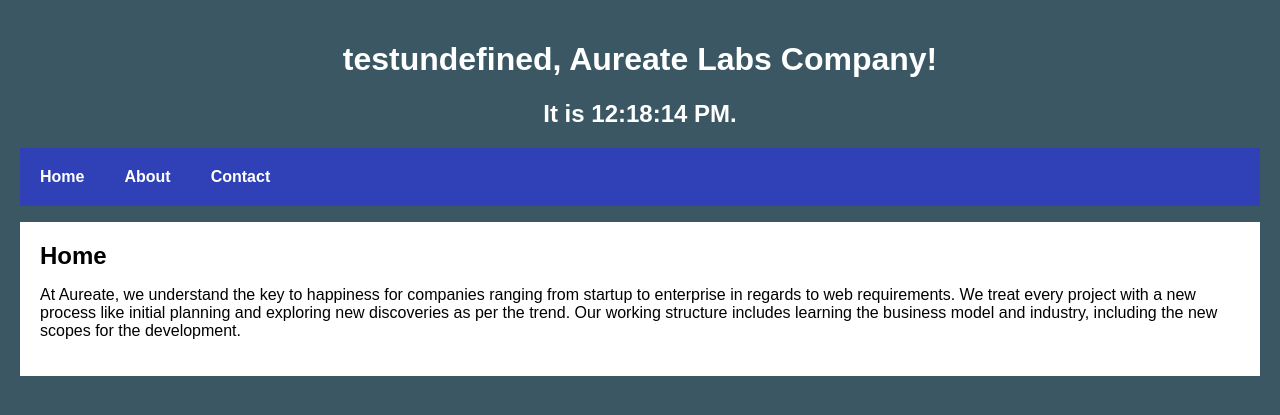
Repository: hardikaureate/React-Pages-Menu
Page: /
These files come from the project's save history. The page is drawn as it stood at one moment and after the next save; the edit follows.
The browser window is 1280 px wide. The pictures show the whole page.
The project was rebuilt for these pictures with package versions that can differ from the ones it lists, and the page was loaded fresh each time. Also part of the build but not shown: src/About.js, src/Contact.js.

Above is the page before, as saved 2020-10-09 15:16:57.

After the next save:
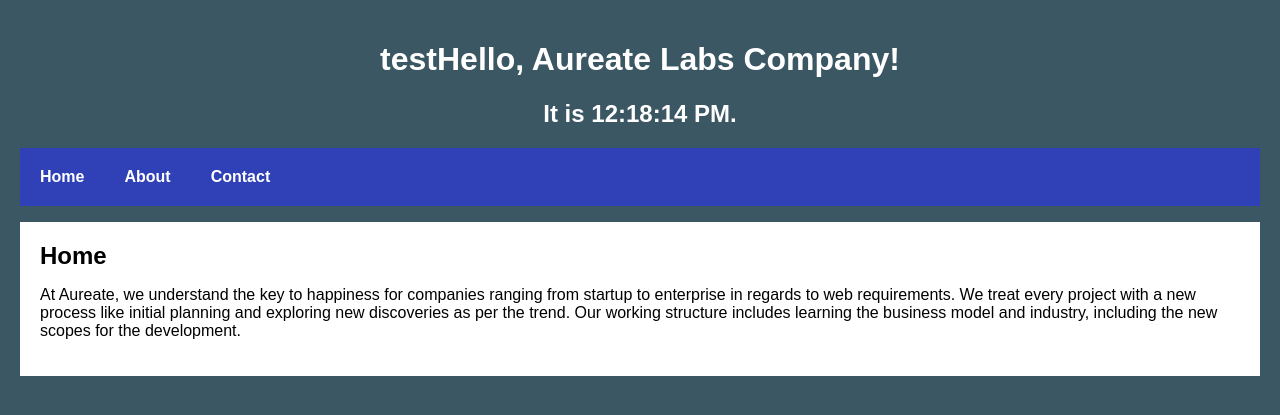
Saved 104 s later.
--- a/src/Clock.js
+++ b/src/Clock.js
@@ -5,9 +5,10 @@
                 super(props);
                 console.log('constructtt');
                 this.state = {
-                        greeting : "Hello"
+                        greeting : "Hello",
+                        date: new Date()
                 }
-                this.state = {date: new Date()};
+                // this.state = {};
 
               }
 
